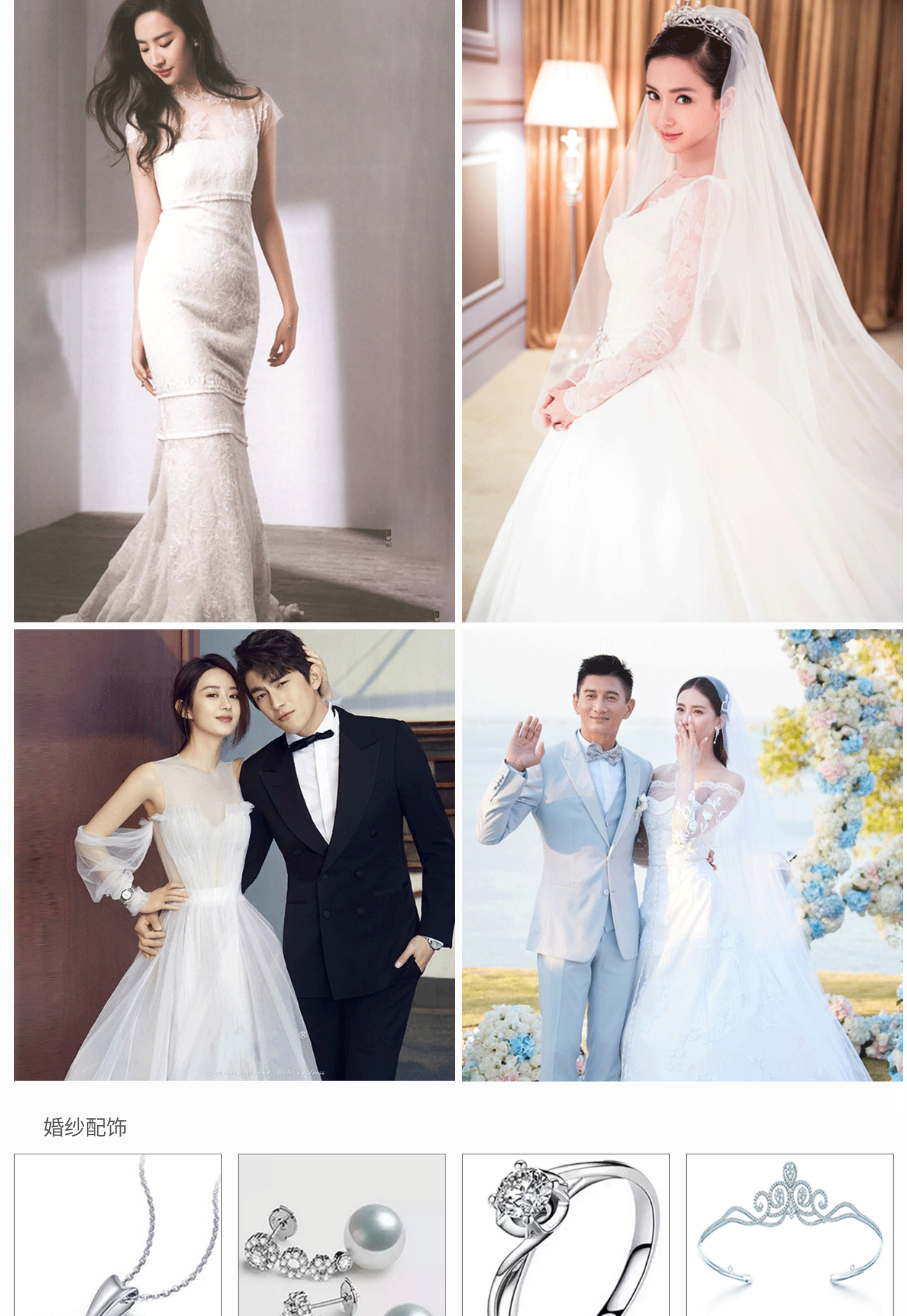
Repository: 1411687596/webProject
Page: html/BridalVeil.html
The author's editor kept a copy of each file at every save. The page is drawn from the files as they stood at one save, then again after the next save.
The browser window is 1280 px wide. The page is 1295 px wide, so the pictures cover 1295 px, including what lies to the right of the window. The pictures show the part of the page from y = 4620 to 6500 px (the page is 7106 px tall before and 7222 px after), at 70% of full size.

Above is the page before, as saved 2021-06-22 18:33:56.

After the next save:
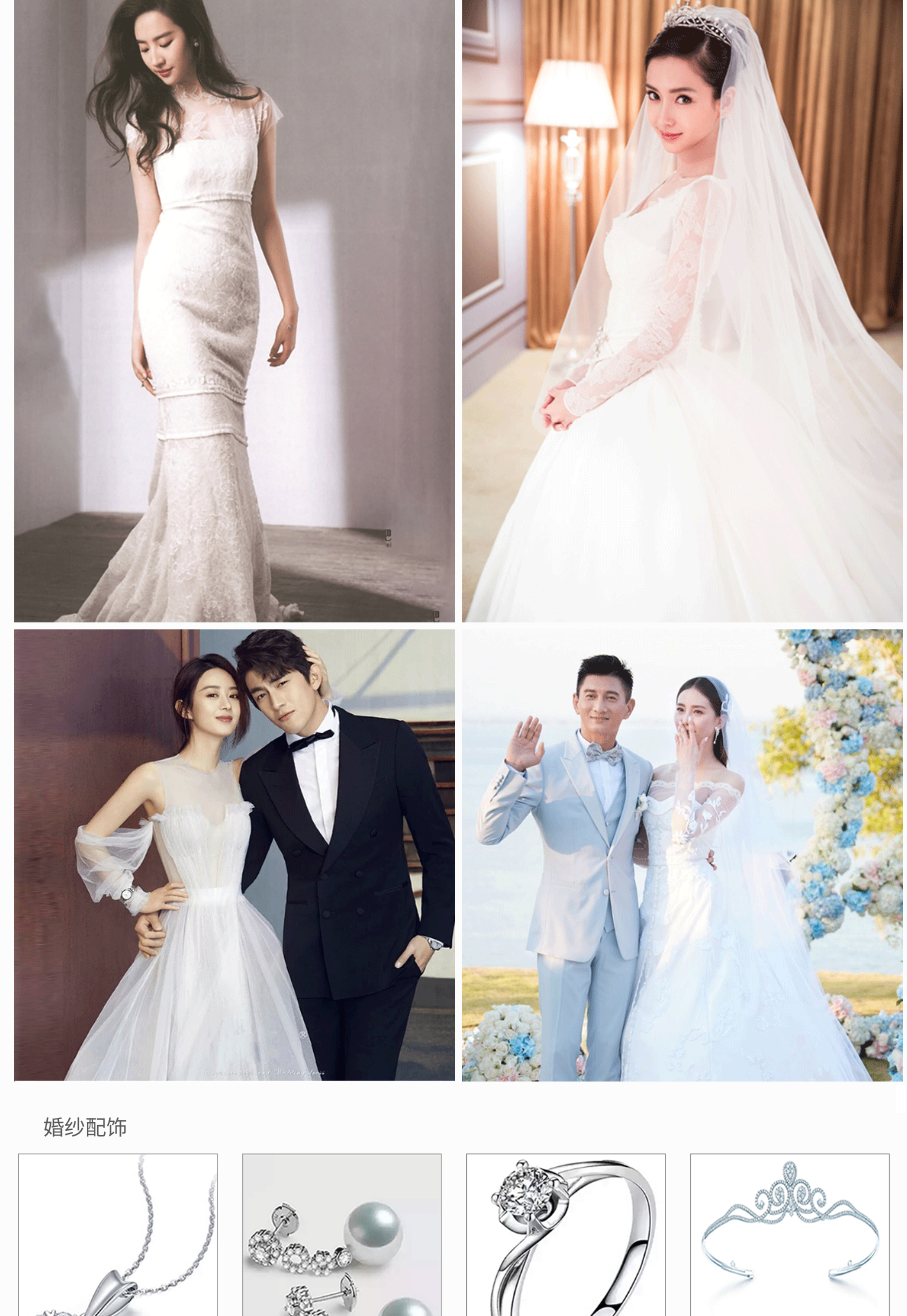
Saved 14 min 33 s later.
--- a/css/3d.css
+++ b/css/3d.css
@@ -1,4 +1,4 @@
-.demo {
+/* .demo {
     padding: 1em 0;
 }
 
@@ -78,7 +78,7 @@
 .box .social-links li a:hover {
     text-decoration: none;
     color: #fff;
-}
+} */
 
 @media only screen and (max-width: 990px) {
     .box {
